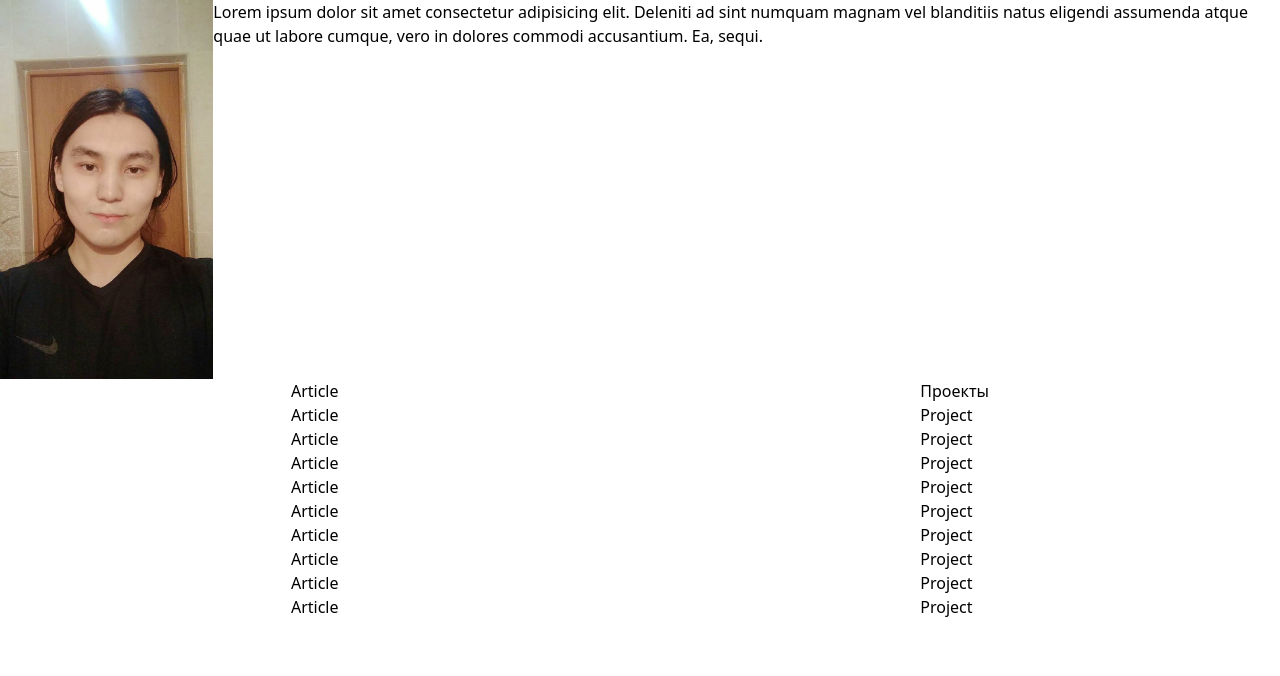
Repository: SkuldFuture/my-app
Page: /
These files come from the project's save history. The page is drawn as it stood at one moment and after the next save; the edit follows.
The browser window is 1280 px wide. The pictures show the whole page.
The project was rebuilt for these pictures with package versions that can differ from the ones it lists, and the page was loaded fresh each time. Also part of the build but not shown: src/App.css.

Above is the page before, as saved 2023-02-13 18:52:37.

After the next save:
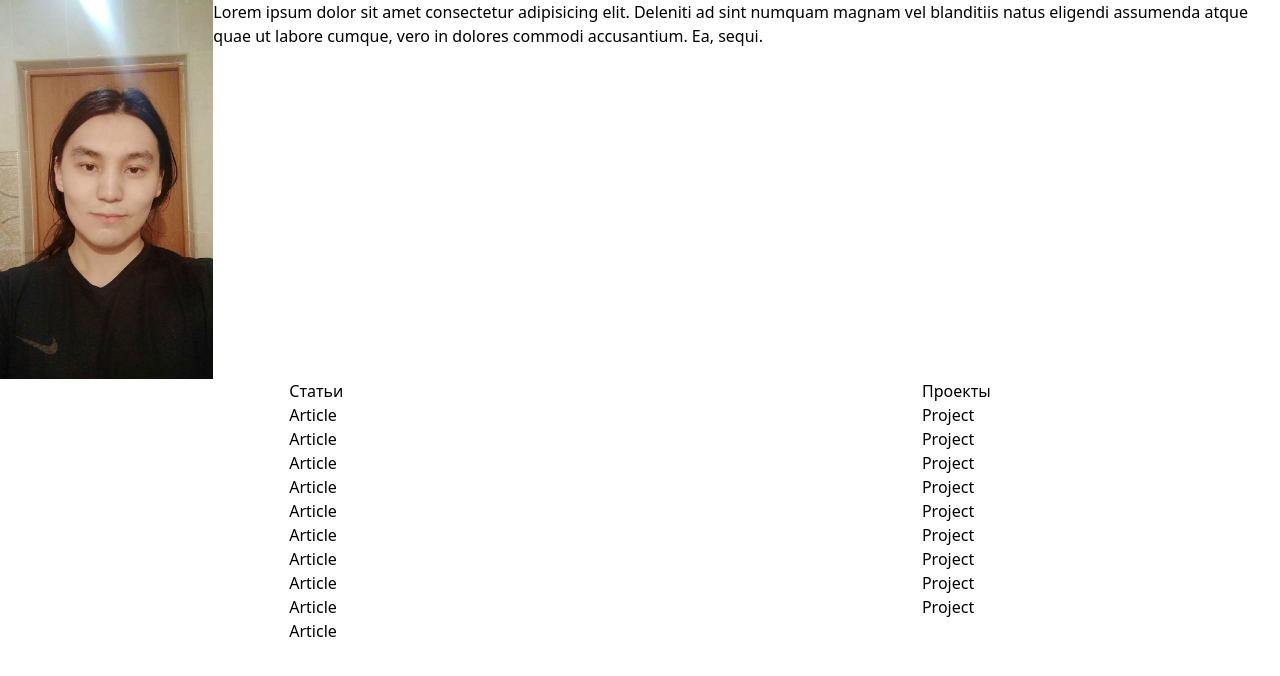
Saved 29 s later.
--- a/src/components/Articles.tsx
+++ b/src/components/Articles.tsx
@@ -3,6 +3,7 @@ import { Article } from "./Article";
 export function Articles() {
   return (
     <>
+      <h2>Статьи</h2>
       <Article />
       <Article />
       <Article />
